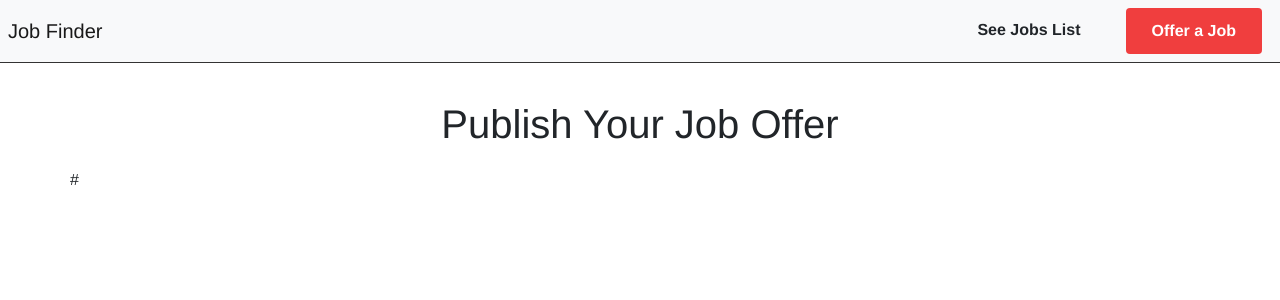
Repository: doncsar/couse-jobfinder-app
Page: templates/add.html
These files come from the project's save history. The page is drawn as it stood at one moment and after a run of saves; the edit follows.
The browser window is 1280 px wide. The pictures show the whole page.

Above is the page before, as saved 2023-12-20 20:18:02.

### templates/add.html
<!DOCTYPE html>
   <head>
      <meta charset="UTF-8" />
      <meta name="viewport" content="width=device-width, initial-scale=1.0" />
      <title>Add Job</title>
      <link
         href="https://cdn.jsdelivr.net/npm/bootstrap@5.2.3/dist/css/bootstrap.min.css"
         rel="stylesheet"
         integrity="sha384-rbsA2VBKQhggwzxH7pPCaAqO46MgnOM80zW1RWuH61DGLwZJEdK2Kadq2F9CUG65"
         crossorigin="anonymous"
      />
      <link rel="stylesheet" href="../public/css/styles.css" />
   </head>
<body>
         <header>
         <nav class="navbar fixed-top navbar-expand-lg navbar-light bg-light">
            <a href="index.html" class="navbar-brand">Job Finder</a>
            <button
               class="navbar-toggler"
               type="button"
               data-bs-toggle="collapse"
               data-bs-target="#navbarNav"
               aria-controls="navbarNav"
               aria-expanded="false"
               aria-label="Toggle navigation "
            >
               <span class="navbar-toggle-icon"></span>
            </button>
            <div
               class="collapse navbar-collapse justify-content-end"
               id="navbarNav"
            >
               <ul class="navbar-nav ml-auto">
                  <li class="nav-item">
                     <a class="nav-link" href="index.html">See Jobs List</a>
                  </li>
                  <li class="nav-item">
                     <a href="#" class="nav-link btn btn-primary"
                        >Offer a Job</a
                     >
                  </li>
               </ul>
            </div>
         </nav>
      </header>
      <div id="add-form-container" class="container">
         <div class="row">
            <div class="col-md-12">
               <h1 class="text-center">Publish Your Job Offer</h1>
            </div>
            #
         </div>
      </div>


      <script
         src="https://cdn.jsdelivr.net/npm/bootstrap@5.2.3/dist/js/bootstrap.bundle.min.js"
         integrity="sha384-kenU1KFdBIe4zVF0s0G1M5b4hcpxyD9F7jL+jjXkk+Q2h455rYXK/7HAuoJl+0I4"
         crossorigin="anonymous"
      ></script>
</body>
</html>

### public/css/styles.css
* {
   box-sizing: border-box;
   font-family: Helvetica, sans-serif;
}

/* nav */
.navbar {
   padding: 0.5rem;
   border-bottom: 1px solid #333;
   display: flex;
   justify-content: space-around;
}

.navbar .nav-item a {
   color: #212529;

}

.navbar .btn a {
   color: #fff;
}

.nav-item {
   margin: 0 10px;
}

.navbar-expand-lg .navbar-nav .nav-link {
   padding: 10px 25px;
   font-weight: bold;
}

.navbar .nav-item .btn {
   color: #fff;
   background-color: #f03e3e;
   border: 1px solid transparent;
   border-radius: 4px;
}

.nav-link.btn.btn-primary:hover,
#search-form button:hover,
.list-group-item a:hover,
#form-box button:hover {
   background-color: #fff;
   color: #f03e3e;
   border-color: #f03e3e;
   border-radius: 4px;
}

/* banner */
#top-container {
  height: 32rem;
   padding: 110px;
   background-color: #f7f9fc;
   border-bottom: 4px solid #01224b;
   margin-bottom: 30px;
   background-image: url('../img/banner2.jpg');
   background-position: 0 80px;
   background-size: cover;
   color: #fff;
}

#main-title {
   padding: 25px 10px;
   font-size: 3rem;
}

#main-subtitle {
   font-size: 1rem;
   margin-bottom: 5rem;
}

/* form */

#search-form {
   padding: 30px 100px;
}

#search-form .col-md-10,
#search-form .col-md-2 {
   padding: 0;
}

#search-form input,
#search-form button {
   width: 100%;
   border-radius: 0;
   height: 50px;
   font-size: 18px;
}

#search-form button {
   color: #fff;
   background-color: #f03e3e;
   border: 1px solid transparent;
   border-radius: 4px;
}

/* lista */

#jobs-container {
   padding: 0 100px;
   padding-bottom: 50px;
}

#job-list .list-group-item {
   margin-bottom: 8px;
   border: 1px solid #ffbebe;
   padding: 15px 80px;
   color: #212529;
   height: 120px;
}

#job-list .list-group-item p {
   font-size: 14px;
   margin-bottom: 5px;
}

#job-list .list-group-item.new-job {
   border: none;
   background-color: #fff7cc;
}

#job-list-title {
   margin-bottom: 35px;
}

.list-group-item img {
   width: 80px;
   border: 1px solid #212529;
   border-radius: 50%;
   background-color: #fff;
   position: absolute;
   left: -40px;
   top: calc(50% - 40px);
}

.list-group-item a {
   position: absolute;
   right: 20px;
   top: 35px;
   height: 50px;
   line-height: 35px;
   background-color: #f03e3e;
   border: 1px solid transparent;
   border-radius: 6px;
   color: #fff;
}

.new-job-label {
   background-color: #fde154;
   color: #6a6100;
   text-transform: uppercase;
   font-weight: bold;
   padding: 5px 10px;
   position: absolute;
   right: 250px;
   top: 40px;
   display: none;
}

.new-job .new-job-label {
   display: block;
}

/* add page */

#add-form-container {
   margin-top: 100px;
}

#form-box {
   padding: 50px;
   box-shadow: 0 1px 5px rgba(0, 0, 0, 0.15);
   border-radius: 4px;
   background-color: #fff;
   margin-bottom: 50px;
}

#add-form-container h1 {
   margin-bottom: 20px;
}

#add-form-container h2 {
   color: #f03e3e;
   font-weight: bold;
   font-size: 24px;
   margin-bottom: 30px;
}

#add-form-container form label {
   font-weight: bold;
}

#add-form-container form input,
#add-form-container form textarea {
   border: 2px solid #ccc;
   background-color: #f8f9fa;
}

#form-box button {
   height: 50px;
   width: 200px;
   background-color: #f03e3e;
   border: 1px solid transparent;
   border-radius: 0;
   margin-top: 20px;
}

/* job-view */

#job-view-container {
   margin-top: 100px;
}

#job-view-container h1 {
   margin-bottom: 30px;
}

#img-container {
   margin-top: 20px;
   margin-bottom: 30px;
}

#img-container img {
   width: 100px;
   border-radius: 50%;
   border: 1px solid #212529;
}

.job-desc {
   width: 60%;
   margin-left: auto;
   margin-right: auto;
}

.bold {
   font-weight: bold;
}

.main-color {
   color: #f03e3e;
}

.back-link {
   border: 1px solid #f03e3e;
   padding: 5px 10px;
   transition: 0.5s;
}

.back-link:hover {
   background-color: #f03e3e;
   color: #fff;
   text-decoration: none;
}

/* responsivo */

@media (max-width: 481px) {
   /* navbar */
   #navbarNav {
      text-align: center;
   }

   /* home */
   #top-container {
      padding: 50px;
      padding-top: 100px;
   }

   #main-title {
      font-size: 2.2rem;
   }

   #main-subtitle {
      font-size: 1.5rem;
   }

   #search-form {
      padding: 0;
   }

   #jobs-container {
      padding: 20px;
   }

   .list-group-item {
      padding: 15px 85px;
   }

   .list-group-item h2 {
      font-size: 1.2rem;
      width: 80%;
   }

   .list-group-item img {
      width: 50px;
      left: 15px;
      top: calc(50% - 25px);
   }

   .new-job .new-job-label {
      display: none;
   }

   /* job view*/

   .back-link {
      margin-left: 30px;
   }

   #job-view-container p {
      font-size: 1.3rem;
   }

   .job-desc {
      width: 80%;
   }

   /* add view */

   #form-box {
      padding: 25px;
   }

   #form-box h2 {
      font-size: 1rem;
      text-align: center;
   }

   #form-box button {
      width: 100%;
   }
}

After the next 2 saves:
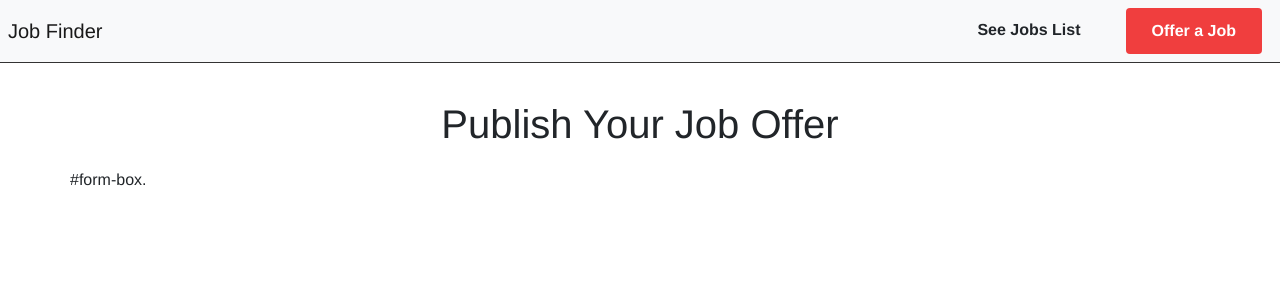
The 2 saves are shown as one change because they came seconds apart.
The last was saved 13 s later.
--- a/templates/add.html
+++ b/templates/add.html
@@ -48,7 +48,7 @@
             <div class="col-md-12">
                <h1 class="text-center">Publish Your Job Offer</h1>
             </div>
-            #
+            #form-box.
          </div>
       </div>
 
